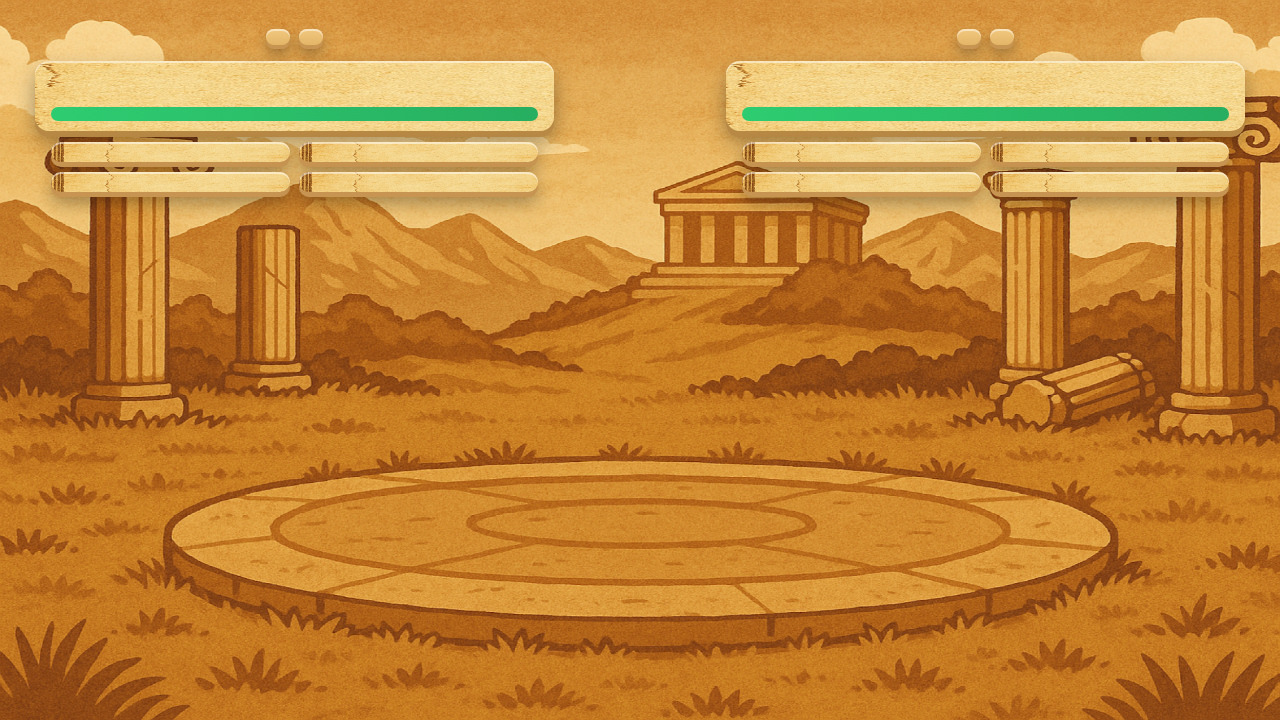
Repository: brianabariteau/Web-1-Final-Project-2025
Page: features/game/game.html
These files come from the project's save history. The page is drawn as it stood at one moment and after the next save; the edit follows.
The browser window is 1280 px wide. The pictures show the whole page.
Some web fonts or font styles are not loaded; a fallback is used.

Above is the page before, as saved 2025-12-23 19:05:30.

### features/game/game.html
<!DOCTYPE html>
<html lang="en">
  <head>
    <meta charset="UTF-8" />
    <meta name="viewport" content="width=device-width, initial-scale=1.0" />
    <title>MythoBattle Game</title>
    <link
      rel="icon"
      type="image/x-icon"
      href="../../assets/characters/zeus.png"
    />
    <script type="module" defer src="./game.js"></script>
    <link rel="stylesheet" href="./game.css" />
    <script
      src="https://code.jquery.com/jquery-3.7.1.min.js"
      integrity="sha256-/JqT3SQfawRcv/BIHPThkBvs0OEvtFFmqPF/lYI/Cxo="
      crossorigin="anonymous"
    ></script>
    <link
      href="https://fonts.googleapis.com/css2?family=Jersey+25&display=swap"
      rel="stylesheet"
    />
  </head>
  <body></body>
</html>

### features/game/game.js
"use strict";

import { CHARACTER_MOVES } from "../../constants/character-movesets.js";
let mode = localStorage.getItem("mode");
let player1Character = JSON.parse(localStorage.getItem("player1Character"));
let player2Character = JSON.parse(localStorage.getItem("player2Character"));

console.log(player1Character);
console.log(player2Character);

// * Functions
function updateGameDisplay() {
  if (!player1Character || !player2Character) return;

  // ? Player 1
  const player1 = player1Character.name;
  console.log(player1);

  player1Icon.attr("src", player1Character.imgSrc);

  player1NameText.text(player1);

  player1Move1.text(CHARACTER_MOVES[player1].move1name);
  player1Move2.text(CHARACTER_MOVES[player1].move2name);
  player1Move3.text(CHARACTER_MOVES[player1].move3name);
  player1Move4.text(CHARACTER_MOVES[player1].move4name);

  player1ability1.text(CHARACTER_MOVES[player1].ability1name);
  player1ability2.text(CHARACTER_MOVES[player1].ability2name);

  // ? Player 2
  const player2 = player2Character.name;

  player2Icon.attr("src", player2Character.imgSrc);

  player2NameText.text(player2);

  player2Move1.text(CHARACTER_MOVES[player2].move1name);
  player2Move2.text(CHARACTER_MOVES[player2].move2name);
  player2Move3.text(CHARACTER_MOVES[player2].move3name);
  player2Move4.text(CHARACTER_MOVES[player2].move4name);

  player2ability1.text(CHARACTER_MOVES[player2].ability1name);
  player2ability2.text(CHARACTER_MOVES[player2].ability2name);
}

async function loadCharacters() {
  updateGameDisplay();
}

// * The Background Image
const background = $("<img>")
  .addClass("background")
  .attr("src", "./assets/battle-background.png")
  .attr("alt", "Background");

// * Player 1
// ? Character Icon
const player1Icon = $("<img>").addClass("player1-icon");

// ! Battle Buttons + Progress
const player1battle = $("<div>").addClass("player1-battle");

// ? Name + Healthbar
const player1Name = $("<div>").addClass("player1-name");
const player1NameText = $("<div>").addClass("player1-name-text");
const player1Health = $("<div>").addClass("player1-health");

$(player1Name).append(player1NameText, player1Health);

// ? Movesets
const player1Moves = $("<div>").addClass("player1-moves");
const player1Move1 = $("<button>").addClass("moves");
const player1Move2 = $("<button>").addClass("moves");
const player1Move3 = $("<button>").addClass("moves");
const player1Move4 = $("<button>").addClass("moves");

$(player1Moves).append(player1Move1, player1Move2, player1Move3, player1Move4);

// ? Abilities
const player1Abilities = $("<div>").addClass("player1-abilities");
const player1ability1 = $("<button>").addClass("player1-ability1");
const player1ability2 = $("<button>").addClass("player1-ability2");
$(player1Abilities).append(player1ability1, player1ability2);

$(player1battle).append(player1Abilities, player1Name, player1Moves);

// * Player 2
// ? Character Icon
const player2Icon = $("<img>").addClass("player-2-icon");

// ! Battle Buttons + Progress
const player2battle = $("<div>").addClass("player2-battle");

// ? Name + Healthbar
const player2Name = $("<div>").addClass("player2-name");
const player2NameText = $("<div>").addClass("player2-name-text");
const player2Health = $("<div>").addClass("player2-health");

$(player2Name).append(player2NameText, player2Health);

// ? Movesets
const player2Moves = $("<div>").addClass("player1-moves");
const player2Move1 = $("<button>").addClass("moves");
const player2Move2 = $("<button>").addClass("moves");
const player2Move3 = $("<button>").addClass("moves");
const player2Move4 = $("<button>").addClass("moves");

$(player2Moves).append(player2Move1, player2Move2, player2Move3, player2Move4);

// ? Abilities
const player2Abilities = $("<div>").addClass("player2-abilities");
const player2ability1 = $("<button>").addClass("player2-ability1");
const player2ability2 = $("<button>").addClass("player2-ability2");
$(player2Abilities).append(player2ability1, player2ability2);

$(player2battle).append(player2Abilities, player2Name, player2Moves);

$("body").append(
  background,
  player1Icon,
  player2Icon,
  player1battle,
  player2battle
);

loadCharacters();

### features/game/game.css
/* ───────────── BASE ───────────── */

body {
  margin: 0;
  width: 100vw;
  height: 100vh;
  overflow: hidden;

  font-family: "Jersey 25", sans-serif;

  display: grid;
  grid-template-columns: 1fr 1fr;
  grid-template-rows: auto 1fr auto;
  align-items: center;
  justify-items: center;
}

/* ───────────── BACKGROUND ───────────── */

.background {
  position: fixed;
  inset: 0;
  width: 100%;
  height: 100%;
  z-index: -1;
}

/* ───────────── PLAYER SPRITES ───────────── */

.player1-icon,
.player-2-icon {
  position: absolute;
  bottom: 18%;
  width: 120px;
  image-rendering: pixelated;
}

.player1-icon {
  left: 20%;
}

.player-2-icon {
  right: 20%;
}

/* ───────────── BATTLE PANELS ───────────── */

.player1-battle,
.player2-battle {
  position: absolute;
  top: 4%;
  width: 38%;

  display: grid;
  grid-template-rows: auto auto auto;
  row-gap: 0.7rem;

  align-items: center;
}

.player1-battle {
  left: 4%;
}

.player2-battle {
  right: 4%;
}

/* ───────────── NAME + HEALTH ───────────── */

.player1-name,
.player2-name {
  background: linear-gradient(to bottom, #e8b96b, #ddb16a);
  border-radius: 14px;
  padding: 10px 16px;

  grid-row: 2;
  justify-self: center;
  width: 100%;

  box-shadow: inset 0 2px 0 rgba(255, 255, 255, 0.5), 0 6px 0 #b88945,
    0 10px 20px rgba(0, 0, 0, 0.35);

  color: #6b3f18;
  text-shadow: 1px 1px #f3d8a8;

  font-size: 3rem;
  letter-spacing: 2px;

  background-image: url("../character-selection/assets/parchment-background.png");
  background-size: 250% 250%;
  background-repeat: no-repeat;
  background-position: center;
}

/* Health bar container */
.player1-health,
.player2-health {
  margin-top: 6px;
  height: 14px;
  border-radius: 10px;
  background: #4b2d12;
  overflow: hidden;
}

.player1-name-text,
.player2-name-text {
  display: flex;
  justify-content: center;
  padding: 20px 20px 10px 20px;
}

/* Actual HP fill */
.player1-health::after,
.player2-health::after {
  content: "";
  display: block;
  height: 100%;
  width: 100%; /* change dynamically in JS later */
  background: linear-gradient(to right, #2ecc71, #27ae60);
}

/* ───────────── MOVES GRID ───────────── */

.player1-moves,
.player2-moves {
  display: grid;
  grid-template-columns: 1fr 1fr;
  gap: 0.6rem;

  grid-row: 3;
  width: 100%;
}

/* Ability buttons */
.moves {
  background: linear-gradient(to bottom, #e7b058, #dead68);
  border: none;
  border-radius: 14px;

  font-family: "Jersey 25", sans-serif;
  padding: 10px 14px;
  font-size: 1.5rem;
  letter-spacing: 1px;
  color: #6b3f18;
  text-shadow: 1px 1px #f3d8a8;

  cursor: pointer;

  box-shadow: inset 0 2px 0 rgba(255, 255, 255, 0.5), 0 5px 0 #c89451,
    0 10px 18px rgba(0, 0, 0, 0.35);

  transition: transform 0.12s ease, box-shadow 0.12s ease;

  background-image: url("../character-selection/assets/parchment-background.png");
  background-size: 130% 200%;
  background-repeat: no-repeat;
  background-position: center;
}

.moves:hover {
  filter: brightness(1.05);
  box-shadow: inset 0 2px 0 rgba(255, 255, 255, 0.6), 0 5px 0 #c89451,
    0 0 12px rgba(255, 210, 130, 0.7);
}

.moves:active {
  transform: translateY(4px);
  box-shadow: inset 0 2px 0 rgba(255, 255, 255, 0.4), 0 2px 0 #c89451;
}

/* ───────────── ABILITY BUTTONS ───────────── */

.player1-abilities button,
.player2-abilities button {
  flex: 1;

  background: linear-gradient(to bottom, #f2c980, #e3b567);
  border: none;
  border-radius: 14px;

  padding: 8px 12px;

  font-family: "Jersey 25", sans-serif;
  font-size: 1.05rem;
  letter-spacing: 1px;

  color: #6b3f18;
  text-shadow: 1px 1px #f3d8a8;

  cursor: pointer; /* abilities usually passive */
  white-space: nowrap;

  box-shadow: inset 0 2px 0 rgba(255, 255, 255, 0.5), 0 4px 0 #c89451,
    0 8px 14px rgba(0, 0, 0, 0.35);

  transition: filter 0.15s ease, transform 0.15s ease;
}

/* Optional: subtle emphasis */
.player1-abilities button:hover,
.player2-abilities button:hover {
  filter: brightness(1.05);
}

/* Optional: disabled/passive look */
.player1-abilities button:disabled,
.player2-abilities button:disabled {
  opacity: 0.85;
}

.player1-abilities,
.player2-abilities {
  margin-bottom: 0.3rem;
  grid-row: 1;
  justify-self: center;
  justify-items: center;
  display: flex; /* ← make sure this exists */
  gap: 0.6rem;
}

.player1-ability1,
.player1-ability2,
.player2-ability1,
.player2-ability2 {
  background-image: url("../character-selection/assets/parchment-background.png");
  background-size: 150% 150%;
  background-repeat: no-repeat;
  background-position: center;
}

.player1-ability1:active,
.player1-ability2:active,
.player2-ability1:active,
.player2-ability2:active {
  transform: translateY(4px);
  box-shadow: inset 0 2px 0 rgba(255, 255, 255, 0.4), 0 2px 0 #c89451;
}

/* ───────────── MOBILE ADJUSTMENTS ───────────── */

@media (max-width: 900px) {
  .player1-battle,
  .player2-battle {
    width: 90%;
    left: 5%;
    right: 5%;
  }

  .player1-icon,
  .player-2-icon {
    width: 90px;
    bottom: 10%;
  }

  .player1-icon {
    left: 10%;
  }

  .player-2-icon {
    right: 10%;
  }
}

### constants/character-movesets.js
import { CUSTOM_STATS } from "./characters.js";

export const CHARACTER_MOVES = {
  Zeus: {
    move1name: "Thunderbolt Wrath",
    move2name: "Skybreaker Slam",
    move3name: "Stormcaller Command",
    move4name: "God of Thunder",
    move1effects() {},
    move2effects() {},
    move3effects() {},
    move4effects() {},
    ability1name: "Sky/Lightning",
    ability2name: "King's Wrath",
    ability1effect() {},
    ability2effect() {},
  },
};

### constants/characters.js
export const SPECIFIC_CHARACTERS = [
  "Zeus",
  "Athena",
  "Hestia",
  "Apollo",
  "Artemis",
  "Poseidon",
  "Hades",
  "Demeter",
  "Aphrodite",
  "Hera",
  "Dionysus",
  "Ares",
  "Hephaestus",
  "Persephone",
  "Hermes",
  "Nyx",
  "Hypnos",
  "Thanatos",
  "Morpheus",
  "Asclepius",
];

export const CUSTOM_SPRITES = {
  Zeus: "../../assets/characters/zeus.png",
  Athena: "../../assets/characters/athena.png",
  Hestia: "../../assets/characters/hestia.png",
  Apollo: "../../assets/characters/apollo.png",
  Artemis: "../../assets/characters/artemis.png",
  Poseidon: "../../assets/characters/poseidon.png",
  Hades: "../../assets/characters/hades.png",
  Demeter: "../../assets/characters/demeter.png",
  Aphrodite: "../../assets/characters/aphrodite.png",
  Hera: "../../assets/characters/hera.png",
  Dionysus: "../../assets/characters/dionysus.png",
  Ares: "../../assets/characters/ares.png",
  Hephaestus: "../../assets/characters/hephaestus.png",
  Persephone: "../../assets/characters/persephone.png",
  Hermes: "../../assets/characters/hermes.png",
  Nyx: "../../assets/characters/nyx.png",
  Hypnos: "../../assets/characters/hypnos.png",
  Thanatos: "../../assets/characters/thanatos.png",
  Morpheus: "../../assets/characters/morpheus.png",
  Asclepius: "../../assets/characters/asclepius.png",
};

export const CUSTOM_STATS = {
  Zeus: {
    tier: "Tier 1",
    tierName: "The Big Three",
    hp: 150,
    attack: 110,
    defense: 95,
    speed: 120,
    power: 150,
    resilience: 100,
    stamina: 110,
    domainMastery: "Sky/Lightning",
    masteryDesc: "+25% electric damage",
    specialTrait: "King's Wrath",
    traitDesc: "10% chance to smite enemy for bonus true damage",
  },
  Athena: {
    tier: "Tier 3",
    tierName: "Middle Olympians",
    hp: 140,
    attack: 100,
    defense: 120,
    speed: 105,
    power: 115,
    resilience: 130,
    stamina: 110,
    domainMastery: "Wisdom/Strategy",
    masteryDesc: "Team defense +10%",
    specialTrait: "Perfect Counter",
    traitDesc: "30% chance to auto-block melee attacks",
  },
  Hestia: {
    tier: "Tier 2",
    tierName: "Elder Olympians",
    hp: 140,
    attack: 80,
    defense: 120,
    speed: 85,
    power: 110,
    resilience: 130,
    stamina: 150,
    domainMastery: "Hearth Fire",
    masteryDesc: "Healing + burn damage boosts",
    specialTrait: "Warmth of Home",
    traitDesc: "Grants minor healing each turn to allies",
  },
  Apollo: {
    tier: "Tier 3",
    tierName: "Middle Olympians",
    hp: 130,
    attack: 95,
    defense: 80,
    speed: 125,
    power: 140,
    resilience: 90,
    stamina: 110,
    domainMastery: "Light/Music",
    masteryDesc: "+20% light damage",
    specialTrait: "Prophetic Strike",
    traitDesc: "First attack always crits",
  },
  Artemis: {
    tier: "Tier 3",
    tierName: "Middle Olympians",
    hp: 120,
    attack: 110,
    defense: 85,
    speed: 135,
    power: 105,
    resilience: 95,
    stamina: 115,
    domainMastery: "Moon/Hunt",
    masteryDesc: "+25% crit chance on moving targets",
    specialTrait: "Hunter's Mark",
    traitDesc: "First hit on any enemy does bonus damage",
  },
  Poseidon: {
    tier: "Tier 1",
    tierName: "The Big Three",
    hp: 160,
    attack: 115,
    defense: 110,
    speed: 100,
    power: 140,
    resilience: 120,
    stamina: 115,
    domainMastery: "Sea",
    masteryDesc: "+20% water damage, +30% damage when fighting near water",
    specialTrait: "Tidal Fury",
    traitDesc: "Consecutive attacks increase in damage",
  },
  Hades: {
    tier: "Tier 1",
    tierName: "The Big Three",
    hp: 170,
    attack: 95,
    defense: 140,
    speed: 80,
    power: 130,
    resilience: 150,
    stamina: 90,
    domainMastery: "Underworld",
    masteryDesc: "+30% damage vs undead/fear/sleep",
    specialTrait: "Soul Drain",
    traitDesc: "Steals HP on hit (5% of damage dealt)",
  },
  Demeter: {
    tier: "Tier 2",
    tierName: "Elder Olympians",
    hp: 145,
    attack: 85,
    defense: 115,
    speed: 80,
    power: 125,
    resilience: 110,
    stamina: 130,
    domainMastery: "Harvest",
    masteryDesc: "+20% regeneration, +25% poison resistance",
    specialTrait: "Fallow Curse",
    traitDesc: "Can reduce enemy Attack temporarily",
  },
  Aphrodite: {
    tier: "Tier 4",
    tierName: "Younger Olympians",
    hp: 120,
    attack: 70,
    defense: 80,
    speed: 110,
    power: 115,
    resilience: 85,
    stamina: 100,
    domainMastery: "Charm",
    masteryDesc: "25% chance enemies skip turn",
    specialTrait: "Irresistible Aura",
    traitDesc: "First strike against her does half damage",
  },
  Hera: {
    tier: "Tier 2",
    tierName: "Elder Olympians",
    hp: 150,
    attack: 90,
    defense: 120,
    speed: 90,
    power: 125,
    resilience: 120,
    stamina: 120,
    domainMastery: "Queenship",
    masteryDesc: "Team buffs stronger by 20%",
    specialTrait: "Divine Authority",
    traitDesc: "Immune to charm and can reflect debuffs",
  },
  Dionysus: {
    tier: "Tier 4",
    tierName: "Younger Olympians",
    hp: 130,
    attack: 85,
    defense: 85,
    speed: 95,
    power: 120,
    resilience: 90,
    stamina: 130,
    domainMastery: "Madness",
    masteryDesc: "Debuffs 20% stronger",
    specialTrait: "Ecstatic Frenzy",
    traitDesc: "Random buffs each turn",
  },
  Ares: {
    tier: "Tier 3",
    tierName: "Middle Olympians",
    hp: 150,
    attack: 145,
    defense: 100,
    speed: 110,
    power: 95,
    resilience: 100,
    stamina: 120,
    domainMastery: "War",
    masteryDesc: "+15% damage per hit taken",
    specialTrait: "Bloodlust",
    traitDesc: "Attack increases each time he deals damage",
  },
  Hephaestus: {
    tier: "Tier 4",
    tierName: "Younger Olympians",
    hp: 140,
    attack: 130,
    defense: 135,
    speed: 65,
    power: 115,
    resilience: 110,
    stamina: 100,
    domainMastery: "Forge",
    masteryDesc: "+20% damage with crafted weapons",
    specialTrait: "Molten Skin",
    traitDesc: "Reduces fire damage to 0",
  },
  Persephone: {
    tier: "Tier 5",
    tierName: "Minor Gods",
    hp: 125,
    attack: 75,
    defense: 90,
    speed: 95,
    power: 110,
    resilience: 100,
    stamina: 120,
    domainMastery: "Spring/Underworld",
    masteryDesc: "Alternating form bonuses",
    specialTrait: "Dual Aspect",
    traitDesc: "Stats change each season (Spring boost/Underworld boost)",
  },
  Hermes: {
    tier: "Tier 4",
    tierName: "Younger Olympians",
    hp: 115,
    attack: 90,
    defense: 75,
    speed: 160,
    power: 100,
    resilience: 80,
    stamina: 140,
    domainMastery: "Speed/Trickery",
    masteryDesc: "+20% dodge",
    specialTrait: "Swift Step",
    traitDesc: "Gains an extra small action each turn",
  },
  Nyx: {
    tier: "Tier 0",
    tierName: "Primordial",
    hp: 170,
    attack: 100,
    defense: 120,
    speed: 110,
    power: 160,
    resilience: 140,
    stamina: 120,
    domainMastery: "Night/Void",
    masteryDesc: "+30% shadow damage, +20% evasion in darkness",
    specialTrait: "Primordial Aura",
    traitDesc: "Debuffs have double duration; immune to Sleep and Fear",
  },
  Hypnos: {
    tier: "Tier 5",
    tierName: "Minor Gods",
    hp: 110,
    attack: 60,
    defense: 75,
    speed: 70,
    power: 120,
    resilience: 95,
    stamina: 130,
    domainMastery: "Sleep",
    masteryDesc: "+30% chance to inflict sleep",
    specialTrait: "Dream Veil",
    traitDesc: "20% damage reduction from melee",
  },
  Thanatos: {
    tier: "Tier 5",
    tierName: "Minor Gods",
    hp: 115,
    attack: 90,
    defense: 85,
    speed: 120,
    power: 100,
    resilience: 110,
    stamina: 100,
    domainMastery: "Death",
    masteryDesc: "Kills low-HP enemies instantly",
    specialTrait: "Reaper's Touch",
    traitDesc: "Critical hits do double true damage",
  },
  Morpheus: {
    tier: "Tier 5",
    tierName: "Minor Gods",
    hp: 105,
    attack: 70,
    defense: 80,
    speed: 100,
    power: 125,
    resilience: 85,
    stamina: 110,
    domainMastery: "Dreams",
    masteryDesc: "Illusions reduce enemy accuracy",
    specialTrait: "Shifting Form",
    traitDesc: "15% chance to avoid attacks entirely",
  },
  Asclepius: {
    tier: "Tier 5",
    tierName: "Minor Gods",
    hp: 120,
    attack: 50,
    defense: 85,
    speed: 90,
    power: 135,
    resilience: 110,
    stamina: 150,
    domainMastery: "Healing",
    masteryDesc: "+30% healing power",
    specialTrait: "Miracle Touch",
    traitDesc: "Once per battle revive ally to 30% HP",
  },
};

After the next save:
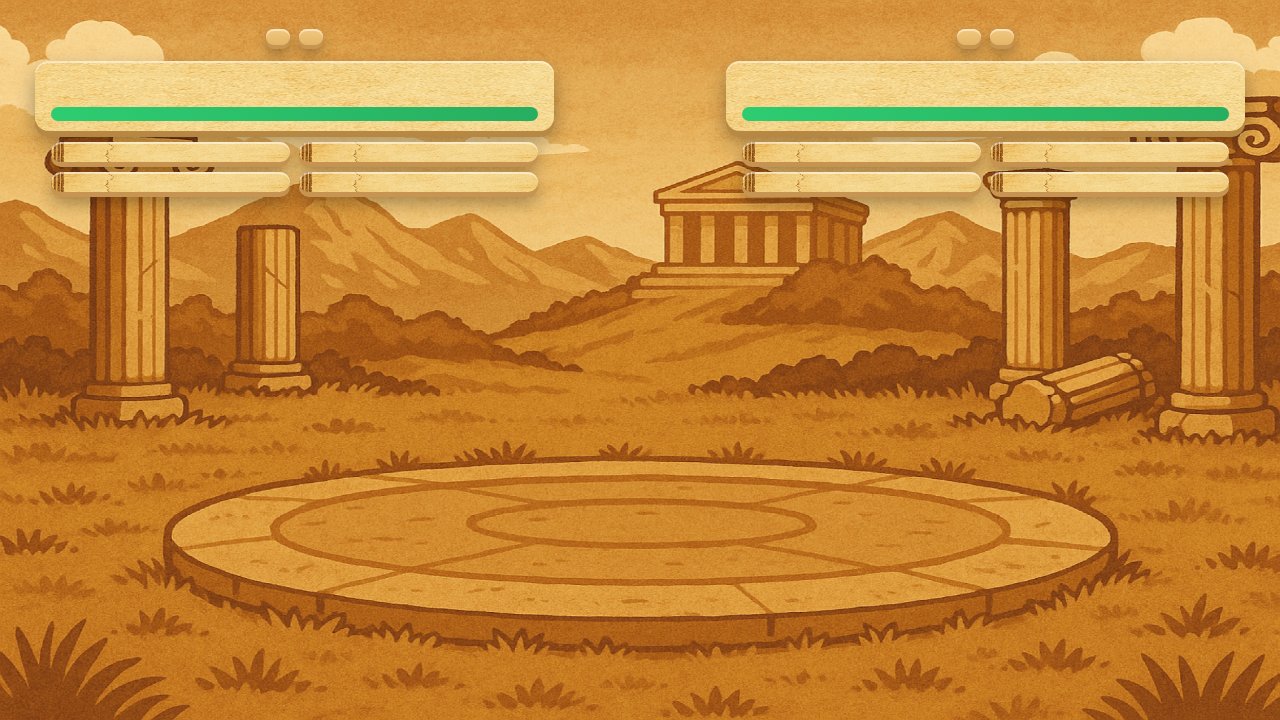
Saved 8 s later.
--- a/features/game/game.css
+++ b/features/game/game.css
@@ -88,7 +88,7 @@ body {
   letter-spacing: 2px;
 
   background-image: url("../character-selection/assets/parchment-background.png");
-  background-size: 250% 250%;
+  background-size: 300% 300%;
   background-repeat: no-repeat;
   background-position: center;
 }
